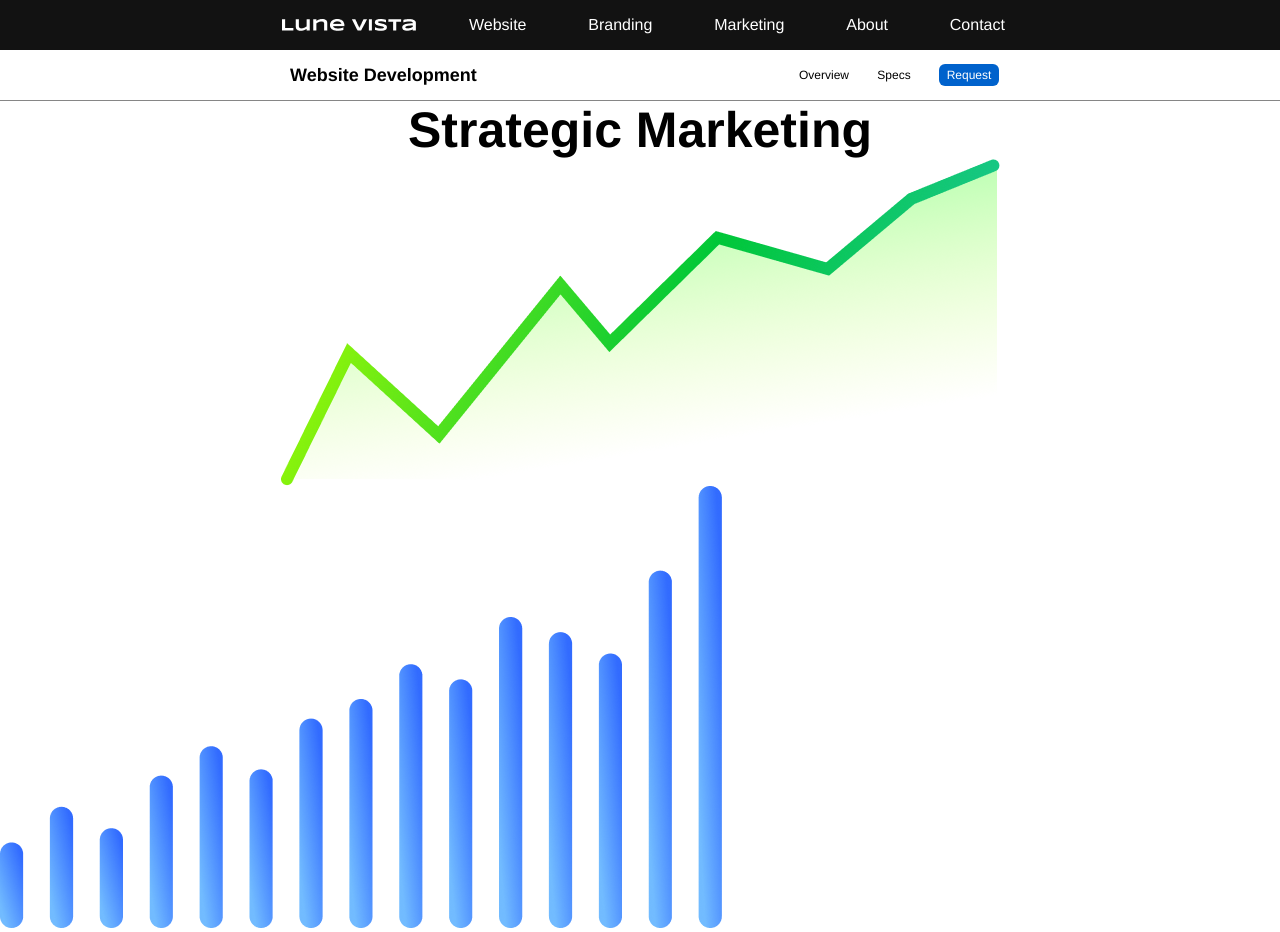
Repository: yoItsTyler/templates
Page: /marketing
These files come from the project's save history. The page is drawn as it stood at one moment and after the next save; the edit follows.
The browser window is 1280 px wide. The pictures show the whole page.
Some web fonts or font styles are not loaded; a fallback is used. The project was rebuilt for these pictures with package versions that can differ from the ones it lists, and the page was loaded fresh each time. Also part of the build but not shown: src/components/Branding/styles.module.css, src/components/Branding/Branding.js, src/components/Home/styles.module.css, src/components/Navbar/styles.module.css, src/components/Navbar/Navbar.js, src/components/NavbarMobile/styles.module.css, src/components/NavbarMobile/NavbarMobile.js, src/components/Home/Home.js and 10 more. Imported but missing from the stored project, and not drawn on this page: src/components/Request.

Above is the page before, as saved 2022-12-01 20:03:44.

### public/index.html
<!DOCTYPE html>
<html lang="en">
  <head>
    <meta charset="utf-8" />
    <link rel="icon" href="%PUBLIC_URL%/favicon.ico" />
    <meta name="viewport" content="width=device-width, initial-scale=1" />
    <meta name="theme-color" content="#000000" />
    <meta
      name="description"
      content="Web site created using create-react-app"
    />
    <link rel="apple-touch-icon" href="%PUBLIC_URL%/logo192.png" />
    <!--
      manifest.json provides metadata used when your web app is installed on a
      user's mobile device or desktop. See https://developers.google.com/web/fundamentals/web-app-manifest/
    -->
    <link rel="manifest" href="%PUBLIC_URL%/manifest.json" />
    <!--
      Notice the use of %PUBLIC_URL% in the tags above.
      It will be replaced with the URL of the `public` folder during the build.
      Only files inside the `public` folder can be referenced from the HTML.

      Unlike "/favicon.ico" or "favicon.ico", "%PUBLIC_URL%/favicon.ico" will
      work correctly both with client-side routing and a non-root public URL.
      Learn how to configure a non-root public URL by running `npm run build`.
    -->
    <title>Root Template</title>
  </head>
  <body>
    <noscript>You need to enable JavaScript to run this app.</noscript>
    <div id="root"></div>
    <!--
      This HTML file is a template.
      If you open it directly in the browser, you will see an empty page.

      You can add webfonts, meta tags, or analytics to this file.
      The build step will place the bundled scripts into the <body> tag.

      To begin the development, run `npm start` or `yarn start`.
      To create a production bundle, use `npm run build` or `yarn build`.
    -->
  </body>
</html>

### src/index.js
import React from 'react';
import  ReactDOM  from 'react-dom';
import './index.css';
import reportWebVitals from './reportWebVitals';
import { BrowserRouter as Router } from 'react-router-dom';
import { App } from './components/App';

ReactDOM.render(
  <React.StrictMode>
    <Router>
     <App/>
    </Router>
  </React.StrictMode>,
  document.getElementById('root'),
);



// If you want to start measuring performance in your app, pass a function
// to log results (for example: reportWebVitals(console.log))
// or send to an analytics endpoint. Learn more: https://bit.ly/CRA-vitals
reportWebVitals();

### src/index.css


@import url('https://fonts.cdnfonts.com/css/work-sans');
html, body{
  min-height: fit-content;
 height: 100vh;
  width: 100vw;
  max-width: 100vw;
  margin: 0;
  overflow-x: hidden;
  -ms-overflow-style: none;  /* IE and Edge */
  scrollbar-width: none;  /* Firefox */
  scroll-behavior: smooth;



}
body {



  font-family:  -apple-system, BlinkMacSystemFont, 'Segoe UI', 'Roboto', 'Oxygen',
    'Ubuntu', 'Cantarell', 'Fira Sans', 'Droid Sans', 'Helvetica Neue',
    sans-serif;
    font-family: 'Helvetica';
    font-style: normal;
  -webkit-font-smoothing: antialiased;
  -moz-osx-font-smoothing: grayscale;

  font-family: 'Helvetica', sans-serif;
  -webkit-font-smoothing: antialiased;
  -moz-osx-font-smoothing: grayscale;
}
body::-webkit-scrollbar{
  display: none;
}


code {
  font-family: source-code-pro, Menlo, Monaco, Consolas, 'Courier New',
    monospace;
}

### src/components/App/App.js
import { useEffect, useState } from 'react';
import { Route, Switch } from 'react-router-dom';
import { Branding } from '../Branding/Branding';
import { Home } from '../Home';
import { LogoDesign } from '../LogoDesign';
import { Marketing } from '../Marketing/Marketing';
import { Navbar } from '../Navbar/Navbar';
import { NavbarMobile } from '../NavbarMobile';
import { Plan } from '../Plan/Plan';
import { Plans } from '../Plans/Plans';
import { Request } from '../Request';
import { Specs } from '../Specs';
import { Web } from '../Web/Web';
import styles from './styles.module.css';






export const App = () => {




    return(
        <div className={styles.main}>


            <Switch>
            <Route exact path = {['/request/:id', '/request']} component={Request}/>
            <Route exact path='/marketing' component={Marketing}/>
            <Route exact path = '/branding' component={Branding}/>
            <Route exact path = '/logo-design' component={LogoDesign}/>
                <Route exact path = '/plan/:id' component={Plan}/>
                <Route exact path = '/web-plans' component={Plans}/>
                 <Route exact path = '/web' component={Web}/>
                 <Route exact path = '/specs' component={Specs}/>
                <Route path={['/']} component={Home}/>

            </Switch>
        </div>
    )
}

### src/components/LogoDesign/index.js
export * from './LogoDesign';

### src/components/Marketing/Marketing.js
import { NavbarWeb } from '../NavbarWeb/NavbarWeb';
import { NavBarWebSub } from '../NavBarWebSub/NavBarWebSub';
import styles from './styles.module.css';
import graph from '../../images/Group 55.png';
import graph2 from '../../images/Group 56.png';

export const Marketing = () => {

    return(
        <div className={styles.main}>
            <NavbarWeb/>
            <NavBarWebSub/>


            <div className={styles.tile}>

                <div className={styles.title}>
                    Strategic Marketing

                </div>

                <div className={styles.centerItem}>
                <img src={graph} className={styles.graph}/>
                </div>

                <div>
                <img src={graph2} className={styles.graph2}/>
                </div>







            </div>

        </div>
    );
};

### src/components/NavbarMobile/index.js
export * from './NavbarMobile';

### src/components/Specs/index.js
export * from './Specs';

### src/components/App/styles.module.css
.main{
    margin-top: 0;
    min-height: fit-content;
    height: 100vh;
    width: 100%;
    max-width: 100vw;
}

### src/components/NavbarWeb/NavbarWeb.js
import styles from './styles.module.css';
import logo2 from '../../images/LuneVistaLogo.png';
import search from '../../images/search.png';
import { useHistory } from 'react-router-dom';
import { useEffect, useState } from 'react';


export const NavbarWeb = () => {
    const history = useHistory();


    const [mobileBool, setMobileBool] = useState(false);
    const [windowDimension, setWindowDimension] = useState(722)

    useEffect(() => {
        setWindowDimension(window.innerWidth);
    }, []);

    useEffect(() => {
        function handleResize() {
            setWindowDimension(window.innerWidth);
        }

        window.addEventListener("resize", handleResize);
        return () => window.removeEventListener('resize', handleResize);
    }, []);

    const isMobile = windowDimension <= 720;

    useEffect(() => {
        if (isMobile !== mobileBool) {
            setMobileBool(isMobile);
        };
        return isMobile;
    }, [isMobile]);





    // <div className={styles.falseDiv}></div>
    return (
        <div className={styles.main}>

            <div className={styles.row}>


                <div className={styles.logo}
                    onClick={() => history.push('/')}
                >
                    <img src={logo2} style={{ width: '100%', height: '' }} />

                </div>






                        {isMobile ? (
                            <div className={styles.mobileMenu}>Menu</div>
                        ) : (
                            <div className={styles.pages}>
                            <div className={styles.page}
                                 onClick={() => history.push('/web')}
                                >Website</div>
                                <div className={styles.page} onClick={() => history.push('/branding')}
                                >Branding</div>
                                <div className={styles.page} onClick={() => history.push('/marketing')}
                                >Marketing</div>
                                <div className={styles.page} onClick={() => history.push('/about')}
                                >About</div>
                                <div className={styles.page} onClick={() => history.push('/contact')}
                                >Contact</div>
                            </div>

                        )}



                    </div>


                </div>





            )
}

### src/components/NavBarWebSub/NavBarWebSub.js
import { useHistory } from 'react-router-dom';
import styles from './styles.module.css';


export const NavBarWebSub = () => {
    const history = useHistory();

    /*




                <div className={styles.row}>
                    <div className={styles.title}>
                        Website Development
                    </div>
                    <div className={styles.btnRow}>
                        <div className={styles.btnTxt}>Overview</div>
                        <div className={styles.btnTxt}>Specs</div>
                        <div className={styles.requestBtn}>Request</div>
                    </div>



                </div>*/


    return (
        <div className={styles.main}>
            <div className={styles.column}>
                <div className={styles.topSpace}></div>
                <div className={styles.row}>
                    <div className={styles.title}>
                        Website Development
                    </div>
                    <div className={styles.btnRow}>
                        <div className={styles.btnTxt}>Overview</div>
                        <div className={styles.btnTxt} onClick={() => history.push('/specs')}
                        >Specs</div>
                        <div className={styles.requestBtn} onClick={() => history.push('/web-plans')}
                        >Request</div>
                    </div>



                </div>



            </div>



        </div>
    )
}

### src/components/Marketing/styles.module.css
.main{

}
.title{
    font-weight: 700;
    font-size: 50px;
    text-align: center;

}
.centerItem{
    display: flex;
    flex-direction: column;
    align-items: center;

    justify-content: center;

}

### src/components/NavbarWeb/styles.module.css
.main{
    width: 100vw;
    max-width: 100vw;
    height: 50px;
    margin-top: 0;
   overflow-x: hidden;
    background-color: hsl(0, 0%, 7%);
    position: fixed;
    display: flex;
    z-index: 2;
    justify-content: center;



}
.row{
    width: 100%;

    align-self: center;

    height: 50px;
    max-width: 730px;

    color: #FFFFFF;
 display: flex;
 align-items: center;

justify-content: space-between;



}
.logo{

    padding-left: min(16px, 1.0%);
    height: 32px;
    cursor: pointer;
    display: flex;
    align-content: center;
    align-items: center;
    justify-content: center;
      justify-self: left;
    max-width: 134px;




}
.falseDiv{
    padding-right: min(16px, 1.0%);
    width: 134px;



}
.rightSide{
   align-self: center;
  justify-self: center;


}
.pages{
    flex-basis: 1;
    display: flex;
   height: 32px;


    width: 80%;
    max-width: 536px;
    align-items: center;
    justify-content: space-between;
    justify-self: center;




}

.page{

    font-weight: 400;
    font-size: 16px;
    line-height: 24px;
   cursor: pointer;

   height: 24px;
   align-content: center;
   align-items: center;

   padding-left: 0px;
   padding-right: 0px;

}
.page:hover{
    background-color: rgba(0, 0, 0, 0.3);
   border-radius: 3px;
}
.mobileMenu{
    margin-right: 9px;
}



.search{
   padding-right: min(16px, 1.5%);
margin-left: auto;


}

### src/components/NavBarWebSub/styles.module.css
.main{
    width: 100vw;
    height: 100px;
    position: sticky;

  max-width: 100vw;
  overflow-x: hidden;

    display: flex;
    justify-content: center;
    z-index: 1;
    background-color: white;
    border-bottom: rgba(0, 0, 0, 0.473) .6px solid;
}


.column{
    width: 100%;
    max-width: 730px;

    display: flex;
    flex-direction: column;
    justify-content: center;
    align-content: center;
}
.topSpace{
    height: 50px;

}
.row{
    justify-self: center;
    display: flex;
    width: 100%;
    max-width: 730px;
    justify-content: space-between;
    align-items: center;
    padding-left: 6px;
    padding-right: 6px;
}
.btnRow{
    display: flex;
    width: 200px;
    justify-content: space-between;
    padding-left: 6px;
    align-items: center;
    margin-right: 12px;
}
.title{
    margin-left: 9px;
    height: 20px;
    font-size: 18px;
    font-weight: 700;
    flex-wrap: nowrap;

}
@media only screen and (max-width: 440px) {
    .title{
        font-size: 18px;
        max-width: 100px;
        overflow: hidden;

    }
}
.btnTxt{
    font-size: 12px;
    font-weight: 400;
    line-height: 14px;
    cursor: pointer;

}
.requestBtn{
    font-size: 12px;
    font-weight: 400;
    background-color: #0062CC;
    color: white;
    height: 22px;
    width: 60px;
    display: flex;
    flex-direction: column;
    align-items: center;

    justify-content: center;
    border-radius: 6px;
    line-height: 20px;
    cursor: pointer;
}

Loaded but not shown: src/reportWebVitals.js (common file); src/components/App/index.js (common file); src/components/Home/index.js (common file); src/components/Home/mobile.module.css (no stored copy; drawn as an empty file)

After the next save:
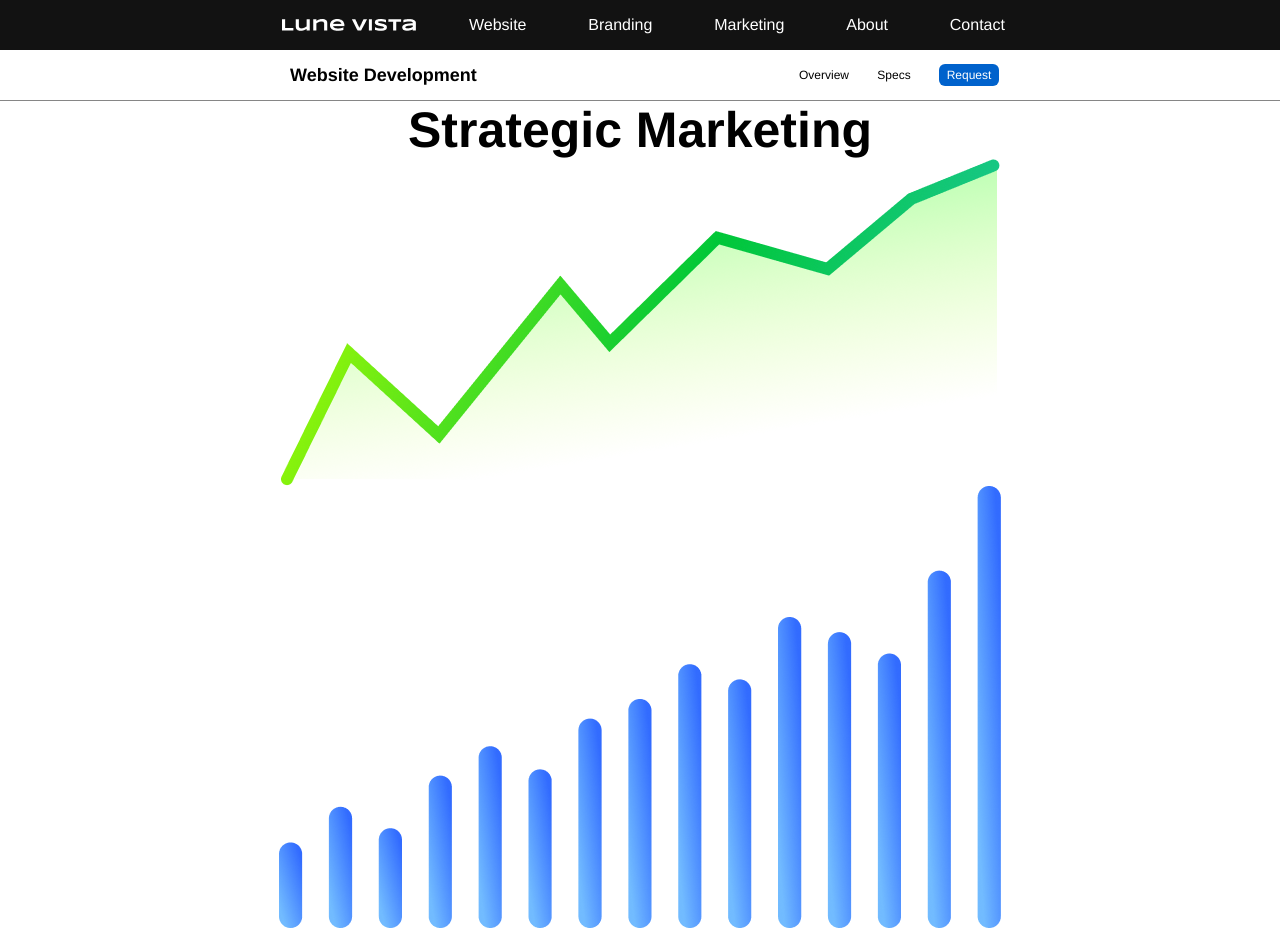
Saved 22 s later.
--- a/src/components/Marketing/Marketing.js
+++ b/src/components/Marketing/Marketing.js
@@ -23,7 +23,7 @@ export const Marketing = () => {
                 <img src={graph} className={styles.graph}/>
                 </div>
 
-                <div>
+                <div className={styles.centerItem}>
                 <img src={graph2} className={styles.graph2}/>
                 </div>
 
